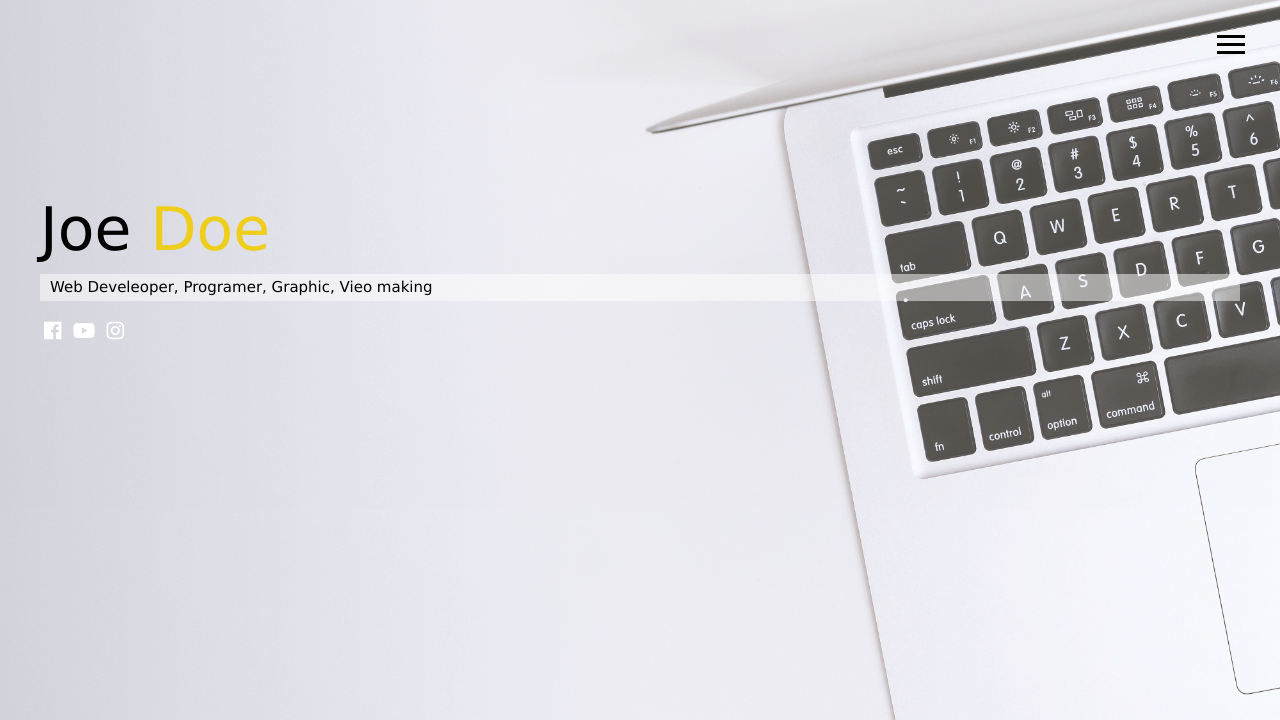
Repository: Zudoshi/morden-portfolio-test
Page: dist/index.html
These files come from the project's save history. The page is drawn as it stood at one moment and after the next save; the edit follows.
The browser window is 1280 px wide. The pictures show the whole page.
Some web libraries are served in a nearby version. The style sheet was rebuilt from its Sass, Less or Tailwind sources for each picture, by a compiler version that may differ from the author's.

Above is the page before, as saved 2019-12-30 00:15:59.

After the next save:
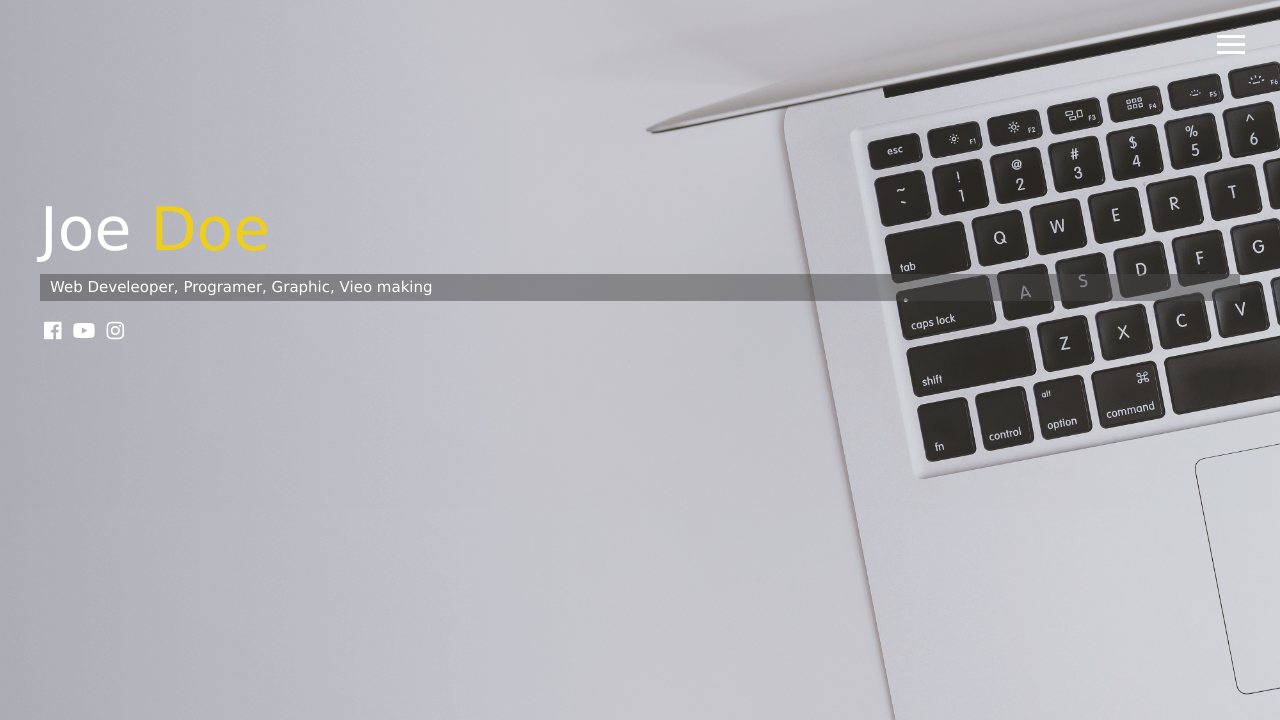
Saved 40 s later.
--- a/SCSS/_config.scss
+++ b/SCSS/_config.scss
@@ -1,4 +1,4 @@
-$primary-color: #fff;
+$primary-color: #444;
 $secondary-color: #eece1a;
 $show-home-image: true;
 $home-image: url(../img/home.jpg);
